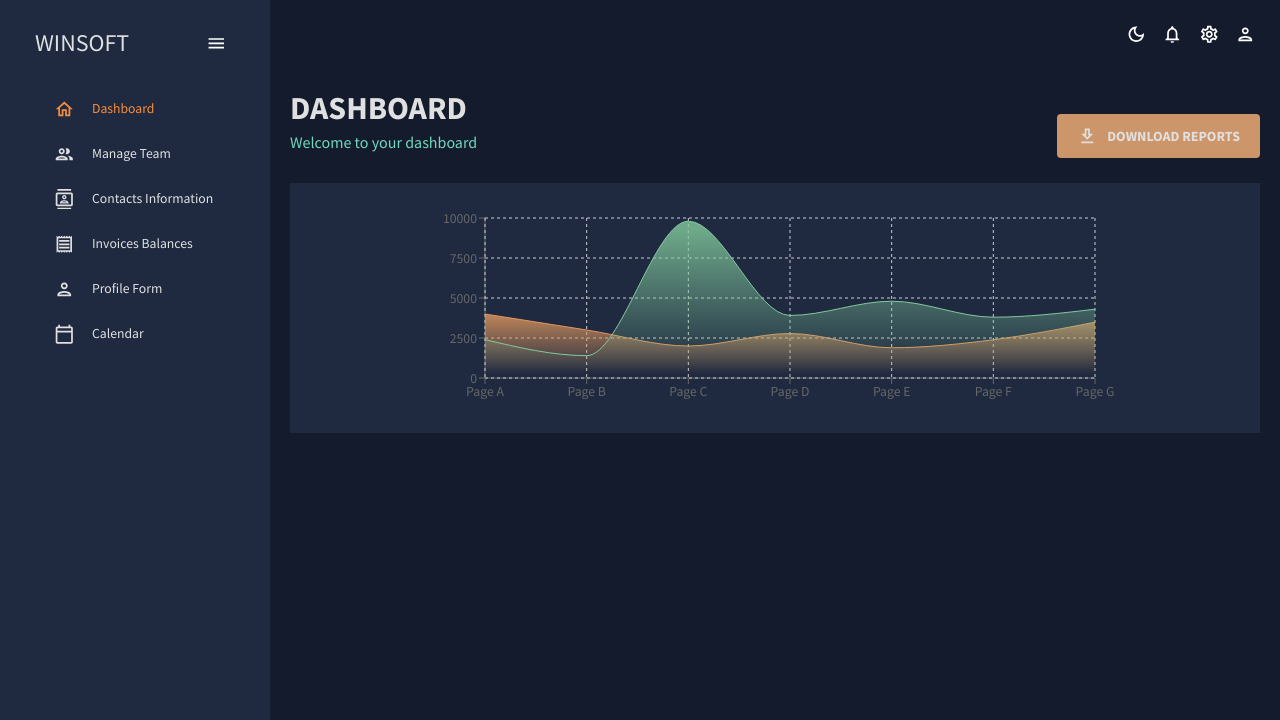
Repository: thamaraiselvan315731/winssoft
Page: /
These files come from the project's save history. The page is drawn as it stood at one moment and after the next save; the edit follows.
The browser window is 1280 px wide. The pictures show the whole page.
The project was rebuilt for these pictures with package versions that can differ from the ones it lists, and the page was loaded fresh each time. Also part of the build but not shown: src/pages/team/index.jsx, src/pages/invoices/index.jsx, src/pages/contacts/index.jsx, src/pages/form/index.jsx, src/components/LineChart.jsx, src/data/mockGeoFeatures.js, src/components/GeographyChart.jsx, src/components/BarChart.jsx and 4 more.

Above is the page before, as saved 2022-12-01 11:06:52.

### src/App.js
import { useState } from "react";
import { Routes, Route } from "react-router-dom";
import Topbar from "./pages/global/Topbar";
import Sidebar from "./pages/global/Sidebar";
import Team from "./pages/team";
import Invoices from "./pages/invoices";
import Contacts from "./pages/contacts";
import Form from "./pages/form";
// import Bar from "./pages/bar";
// import Line from "./pages/line";
// import Pie from "./pages/pie";
// import Geography from "./pages/geography";
import Dashboard from "./pages/dashboard";
import FAQ from "./pages/faq";
import { CssBaseline, ThemeProvider } from "@mui/material";
import { ColorModeContext, useMode } from "./theme";
import Calendar from "./pages/calendar/calendar";

function App() {
  const [theme, colorMode] = useMode();
  const [isSidebar, setIsSidebar] = useState(true);

  return (
    <ColorModeContext.Provider value={colorMode}>
      <ThemeProvider theme={theme}>
        <CssBaseline />
        <div className="app">
          <Sidebar isSidebar={isSidebar} />
          <main className="content">
            <Topbar setIsSidebar={setIsSidebar} />
            <Routes>
              <Route path="/" element={<Dashboard />} />
              <Route path="/team" element={<Team />} />
              <Route path="/contacts" element={<Contacts />} />
              <Route path="/invoices" element={<Invoices />} />
              <Route path="/form" element={<Form />} />
              {/* <Route path="/bar" element={<Bar />} />
              <Route path="/pie" element={<Pie />} />
              <Route path="/line" element={<Line />} /> */}
              <Route path="/faq" element={<FAQ />} />
              <Route path="/calendar" element={<Calendar />} />
              {/* <Route path="/geography" element={<Geography />} /> */}
            </Routes>
          </main>
        </div>
      </ThemeProvider>
    </ColorModeContext.Provider>
  );
}

export default App;

### src/pages/global/Topbar.jsx
import { Box, IconButton, useTheme } from "@mui/material";
import { useContext } from "react";
import { ColorModeContext, tokens } from "../../theme";
import InputBase from "@mui/material/InputBase";
import LightModeOutlinedIcon from "@mui/icons-material/LightModeOutlined";
import DarkModeOutlinedIcon from "@mui/icons-material/DarkModeOutlined";
import NotificationsOutlinedIcon from "@mui/icons-material/NotificationsOutlined";
import SettingsOutlinedIcon from "@mui/icons-material/SettingsOutlined";
import PersonOutlinedIcon from "@mui/icons-material/PersonOutlined";
import SearchIcon from "@mui/icons-material/Search";

const Topbar = () => {
  const theme = useTheme();
  const colors = tokens(theme.palette.mode);
  const colorMode = useContext(ColorModeContext);

  return (
    <Box display="flex" justifyContent="flex-end" p={2}>
      {/* SEARCH BAR */}
      {/* <Box
        display="flex"
        backgroundColor={colors.primary[400]}
        borderRadius="3px"
      >
        <InputBase sx={{ ml: 2, flex: 1 }} placeholder="Search" />
        <IconButton type="button" sx={{ p: 1 }}>
          <SearchIcon />
        </IconButton>
      </Box> */}

      {/* ICONS */}
      <Box display="flex">
        <IconButton onClick={colorMode.toggleColorMode}>
          {theme.palette.mode === "dark" ? (
            <DarkModeOutlinedIcon />
          ) : (
            <LightModeOutlinedIcon />
          )}
        </IconButton>
        <IconButton>
          <NotificationsOutlinedIcon />
        </IconButton>
        <IconButton>
          <SettingsOutlinedIcon />
        </IconButton>
        <IconButton>
          <PersonOutlinedIcon />
        </IconButton>
      </Box>
    </Box>
  );
};

export default Topbar;

### src/pages/global/Sidebar.jsx
import { useState } from "react";
import { ProSidebar, Menu, MenuItem } from "react-pro-sidebar";
import { Box, IconButton, Typography, useTheme } from "@mui/material";
import { Link } from "react-router-dom";
import "react-pro-sidebar/dist/css/styles.css";
import { tokens } from "../../theme";
import HomeOutlinedIcon from "@mui/icons-material/HomeOutlined";
import PeopleOutlinedIcon from "@mui/icons-material/PeopleOutlined";
import ContactsOutlinedIcon from "@mui/icons-material/ContactsOutlined";
import ReceiptOutlinedIcon from "@mui/icons-material/ReceiptOutlined";
import PersonOutlinedIcon from "@mui/icons-material/PersonOutlined";
import CalendarTodayOutlinedIcon from "@mui/icons-material/CalendarTodayOutlined";// eslint-disable-next-line
import HelpOutlineOutlinedIcon from "@mui/icons-material/HelpOutlineOutlined";// eslint-disable-next-line
import BarChartOutlinedIcon from "@mui/icons-material/BarChartOutlined";// eslint-disable-next-line
import PieChartOutlineOutlinedIcon from "@mui/icons-material/PieChartOutlineOutlined";// eslint-disable-next-line
import TimelineOutlinedIcon from "@mui/icons-material/TimelineOutlined";// eslint-disable-next-line
import MenuOutlinedIcon from "@mui/icons-material/MenuOutlined";// eslint-disable-next-line
import MapOutlinedIcon from "@mui/icons-material/MapOutlined";// eslint-disable-next-line

const Item = ({ title, to, icon, selected, setSelected }) => {
  const theme = useTheme();
  const colors = tokens(theme.palette.mode);
  return (
    <MenuItem
      active={selected === title}
      style={{
        color: colors.grey[100],
      }}
      onClick={() => setSelected(title)}
      icon={icon}
    >
      <Typography>{title}</Typography>
      <Link to={to} />
    </MenuItem>
  );
};

const Sidebar = () => {
  const theme = useTheme();
  const colors = tokens(theme.palette.mode);
  const [isCollapsed, setIsCollapsed] = useState(false);
  const [selected, setSelected] = useState("Dashboard");

  return (
    <Box
      sx={{
        "& .pro-sidebar-inner": {
          background: `${colors.primary[400]} !important`,
        },
        "& .pro-icon-wrapper": {
          backgroundColor: "transparent !important",
        },
        "& .pro-inner-item": {
          padding: "5px 35px 5px 20px !important",
        },
        "& .pro-inner-item:hover": {
          color: "#f78d3e !important",
        },
        "& .pro-menu-item.active": {
          color: "#f78d3e !important",
        },
      }}
    >
      <ProSidebar collapsed={isCollapsed}>
        <Menu iconShape="square">
          {/* LOGO AND MENU ICON */}
          <MenuItem
            onClick={() => setIsCollapsed(!isCollapsed)}
            icon={isCollapsed ? <MenuOutlinedIcon /> : undefined}
            style={{
              margin: "10px 0 20px 0",
              color: colors.grey[100],
            }}
          >
            {!isCollapsed && (
              <Box
                display="flex"
                justifyContent="space-between"
                alignItems="center"
                ml="15px"
              >
                <Typography variant="h3" color={colors.grey[100]}>
                  WINSOFT
                </Typography>
                <IconButton onClick={() => setIsCollapsed(!isCollapsed)}>
                  <MenuOutlinedIcon />
                </IconButton>
              </Box>
            )}
          </MenuItem>

          {/* {!isCollapsed && (
            <Box mb="25px">
              <Box display="flex" justifyContent="center" alignItems="center">
                <img
                  alt="profile-user"
                  width="100px"
                  height="100px"
                  src={`../../assets/user.png`}
                  style={{ cursor: "pointer", borderRadius: "50%" }}
                />
              </Box>
              <Box textAlign="center">
                <Typography
                  variant="h2"
                  color={colors.grey[100]}
                  fontWeight="bold"
                  sx={{ m: "10px 0 0 0" }}
                >
                  Ed Roh
                </Typography>
                <Typography variant="h5" color={colors.greenAccent[500]}>
                  VP Fancy Admin
                </Typography>
              </Box>
            </Box>
          )} */}

          <Box paddingLeft={isCollapsed ? undefined : "10%"}>
            <Item
              title="Dashboard"
              to="/"
              icon={<HomeOutlinedIcon />}
              selected={selected}
              setSelected={setSelected}
            />

            {/* <Typography
              variant="h6"
              color={colors.grey[300]}
              sx={{ m: "15px 0 5px 20px" }}
            >
              Data
            </Typography> */}
            <Item
              title="Manage Team"
              to="/team"
              icon={<PeopleOutlinedIcon />}
              selected={selected}
              setSelected={setSelected}
            />
            <Item
              title="Contacts Information"
              to="/contacts"
              icon={<ContactsOutlinedIcon />}
              selected={selected}
              setSelected={setSelected}
            />
            <Item
              title="Invoices Balances"
              to="/invoices"
              icon={<ReceiptOutlinedIcon />}
              selected={selected}
              setSelected={setSelected}
            />

            {/* <Typography
              variant="h6"
              color={colors.grey[300]}
              sx={{ m: "15px 0 5px 20px" }}
            >
              Pages
            </Typography> */}
            <Item
              title="Profile Form"
              to="/form"
              icon={<PersonOutlinedIcon />}
              selected={selected}
              setSelected={setSelected}
            />
            <Item
              title="Calendar"
              to="/calendar"
              icon={<CalendarTodayOutlinedIcon />}
              selected={selected}
              setSelected={setSelected}
            />
            {/* <Item
              title="FAQ Page"
              to="/faq"
              icon={<HelpOutlineOutlinedIcon />}
              selected={selected}
              setSelected={setSelected}
            /> */}

            {/* <Typography
              variant="h6"
              color={colors.grey[300]}
              sx={{ m: "15px 0 5px 20px" }}
            >
              Charts
            </Typography>
            <Item
              title="Bar Chart"
              to="/bar"
              icon={<BarChartOutlinedIcon />}
              selected={selected}
              setSelected={setSelected}
            />
            <Item
              title="Pie Chart"
              to="/pie"
              icon={<PieChartOutlineOutlinedIcon />}
              selected={selected}
              setSelected={setSelected}
            />
            <Item
              title="Line Chart"
              to="/line"
              icon={<TimelineOutlinedIcon />}
              selected={selected}
              setSelected={setSelected}
            />
            <Item
              title="Geography Chart"
              to="/geography"
              icon={<MapOutlinedIcon />}
              selected={selected}
              setSelected={setSelected}
            /> */}
          </Box>
        </Menu>
      </ProSidebar>
    </Box>
  );
};

export default Sidebar;

### src/pages/dashboard/index.jsx
import { Box, Button, IconButton, Typography, useTheme } from "@mui/material";
import { tokens } from "../../theme";
import { mockTransactions } from "../../data/mockData";
import DownloadOutlinedIcon from "@mui/icons-material/DownloadOutlined";
import { AreaCharts } from "../../Charts/AreaChart"
import EmailIcon from "@mui/icons-material/Email";
import PointOfSaleIcon from "@mui/icons-material/PointOfSale";
import PersonAddIcon from "@mui/icons-material/PersonAdd";
import TrafficIcon from "@mui/icons-material/Traffic";
import Header from "../../components/Header";
import LineChart from "../../components/LineChart";
import GeographyChart from "../../components/GeographyChart";
import BarChart from "../../components/BarChart";
import StatBox from "../../components/StatBox";
import ProgressCircle from "../../components/ProgressCircle";

const Dashboard = () => {
  const theme = useTheme();
  const colors = tokens(theme.palette.mode);

  return (

    <Box m="20px">
      {/* HEADER */}
      <Box display="flex" justifyContent="space-between" alignItems="center">
        <Header title="DASHBOARD" subtitle="Welcome to your dashboard" />

        <Box>
          <Button
            sx={{
              backgroundColor: colors.blueAccent[700],
              color: colors.grey[100],
              fontSize: "14px",
              fontWeight: "bold",
              padding: "10px 20px",
            }}
          >
            <DownloadOutlinedIcon sx={{ mr: "10px" }} />
            Download Reports
          </Button>
        </Box>
      </Box>

      {/* GRID & CHARTS */}
      <Box
        display="grid"
        gridTemplateColumns="repeat(3, 1fr)"
        gridAutoRows="250px"
        gap="20px"
      >
        {/* ROW 1 */}
        <Box
          gridColumn="span 8"
          backgroundColor={colors.primary[400]}
          display="flex"
          alignItems="center"
          justifyContent="center"
        >
          <AreaCharts />
          {/* <StatBox
            title="12,361"
            subtitle="Emails Sent"
            progress="0.75"
            increase="+14%"
            icon={
              <EmailIcon
                sx={{ color: colors.greenAccent[600], fontSize: "26px" }}
              />
            }
          /> */}
        </Box>
        {/* <Box
          gridColumn="span 3"
          backgroundColor={colors.primary[400]}
          display="flex"
          alignItems="center"
          justifyContent="center"
        >
          <StatBox
            title="431,225"
            subtitle="Sales Obtained"
            progress="0.50"
            increase="+21%"
            icon={
              <PointOfSaleIcon
                sx={{ color: colors.greenAccent[600], fontSize: "26px" }}
              />
            }
          />
        </Box>
        <Box
          gridColumn="span 3"
          backgroundColor={colors.primary[400]}
          display="flex"
          alignItems="center"
          justifyContent="center"
        >
          <StatBox
            title="32,441"
            subtitle="New Clients"
            progress="0.30"
            increase="+5%"
            icon={
              <PersonAddIcon
                sx={{ color: colors.greenAccent[600], fontSize: "26px" }}
              />
            }
          />
        </Box>
        <Box
          gridColumn="span 3"
          backgroundColor={colors.primary[400]}
          display="flex"
          alignItems="center"
          justifyContent="center"
        >
          <StatBox
            title="1,325,134"
            subtitle="Traffic Received"
            progress="0.80"
            increase="+43%"
            icon={
              <TrafficIcon
                sx={{ color: colors.greenAccent[600], fontSize: "26px" }}
              />
            }
          />
        </Box> */}

        {/* ROW 2 */}
        {/* <Box
          gridColumn="span 8"
          gridRow="span 2"
          backgroundColor={colors.primary[400]}
        >
          <Box
            mt="25px"
            p="0 30px"
            display="flex "
            justifyContent="space-between"
            alignItems="center"
          >
            <Box>
              <Typography
                variant="h5"
                fontWeight="600"
                color={colors.grey[100]}
              >
                Revenue Generated
              </Typography>
              <Typography
                variant="h3"
                fontWeight="bold"
                color={colors.greenAccent[500]}
              >
                $59,342.32
              </Typography>
            </Box>
            <Box>
              <IconButton>
                <DownloadOutlinedIcon
                  sx={{ fontSize: "26px", color: colors.greenAccent[500] }}
                />
              </IconButton>
            </Box>
          </Box>
          <Box height="250px" m="-20px 0 0 0">
            <LineChart isDashboard={true} />
          </Box>
        </Box>
        <Box
          gridColumn="span 4"
          gridRow="span 2"
          backgroundColor={colors.primary[400]}
          overflow="auto"
        >
          <Box
            display="flex"
            justifyContent="space-between"
            alignItems="center"
            borderBottom={`4px solid ${colors.primary[500]}`}
            colors={colors.grey[100]}
            p="15px"
          >
            <Typography color={colors.grey[100]} variant="h5" fontWeight="600">
              Recent Transactions
            </Typography>
          </Box>
          {mockTransactions.map((transaction, i) => (
            <Box
              key={`${transaction.txId}-${i}`}
              display="flex"
              justifyContent="space-between"
              alignItems="center"
              borderBottom={`4px solid ${colors.primary[500]}`}
              p="15px"
            >
              <Box>
                <Typography
                  color={colors.greenAccent[500]}
                  variant="h5"
                  fontWeight="600"
                >
                  {transaction.txId}
                </Typography>
                <Typography color={colors.grey[100]}>
                  {transaction.user}
                </Typography>
              </Box>
              <Box color={colors.grey[100]}>{transaction.date}</Box>
              <Box
                backgroundColor={colors.greenAccent[500]}
                p="5px 10px"
                borderRadius="4px"
              >
                ${transaction.cost}
              </Box>
            </Box>
          ))}
        </Box> */}

        {/* ROW 3 */}
        {/* <Box
          gridColumn="span 4"
          gridRow="span 2"
          backgroundColor={colors.primary[400]}
          p="30px"
        >
          <Typography variant="h5" fontWeight="600">
            Campaign
          </Typography>
          <Box
            display="flex"
            flexDirection="column"
            alignItems="center"
            mt="25px"
          >
            <ProgressCircle size="125" />
            <Typography
              variant="h5"
              color={colors.greenAccent[500]}
              sx={{ mt: "15px" }}
            >
              $48,352 revenue generated
            </Typography>
            <Typography>Includes extra misc expenditures and costs</Typography>
          </Box>
        </Box>
        <Box
          gridColumn="span 4"
          gridRow="span 2"
          backgroundColor={colors.primary[400]}
        >
          <Typography
            variant="h5"
            fontWeight="600"
            sx={{ padding: "30px 30px 0 30px" }}
          >
            Sales Quantity
          </Typography>
          <Box height="250px" mt="-20px">
            <BarChart isDashboard={true} />
          </Box>
        </Box>
        <Box
          gridColumn="span 4"
          gridRow="span 2"
          backgroundColor={colors.primary[400]}
          padding="30px"
        >
          <Typography
            variant="h5"
            fontWeight="600"
            sx={{ marginBottom: "15px" }}
          >
            Geography Based Traffic
          </Typography>
          <Box height="200px">
            <GeographyChart isDashboard={true} />
          </Box>
        </Box> */}
      </Box>
    </Box>
  );
};

export default Dashboard;

### src/Charts/AreaChart.js
import { LineChart, Line, AreaChart, ResponsiveContainer, YAxis, Area, Tooltip, CartesianGrid, linearGradient, XAxis } from 'recharts';


const data = [
    {
        "name": "Page A",
        "uv": 4000,
        "pv": 2400,
        "amt": 2400
    },
    {
        "name": "Page B",
        "uv": 3000,
        "pv": 1398,
        "amt": 2210
    },
    {
        "name": "Page C",
        "uv": 2000,
        "pv": 9800,
        "amt": 2290
    },
    {
        "name": "Page D",
        "uv": 2780,
        "pv": 3908,
        "amt": 2000
    },
    {
        "name": "Page E",
        "uv": 1890,
        "pv": 4800,
        "amt": 2181
    },
    {
        "name": "Page F",
        "uv": 2390,
        "pv": 3800,
        "amt": 2500
    },
    {
        "name": "Page G",
        "uv": 3490,
        "pv": 4300,
        "amt": 2100
    }
]


export const AreaCharts = () => {
    // const theme = useTheme();
    // const colors = tokens(theme.palette.mode);

    return (
        <ResponsiveContainer width={700} height="80%">
            < AreaChart width={730} height={250} data={data}
                margin={{ top: 10, right: 30, left: 0, bottom: 0 }}>
                <defs>
                    <linearGradient id="colorUv" x1="0" y1="0" x2="0" y2="1">
                        <stop offset="5%" stopColor="#de965d" stopOpacity={0.8} />
                        <stop offset="95%" stopColor="#de965d" stopOpacity={0} />
                    </linearGradient>
                    <linearGradient id="colorPv" x1="0" y1="0" x2="0" y2="1">
                        <stop offset="5%" stopColor="#82ca9d" stopOpacity={0.8} />
                        <stop offset="95%" stopColor="#82ca9d" stopOpacity={0} />
                    </linearGradient>
                </defs>
                <XAxis dataKey="name" />
                <YAxis />
                <CartesianGrid strokeDasharray="3 3" />
                <Tooltip />
                <Area type="monotone" dataKey="uv" stroke="#de965d" fillOpacity={1} fill="url(#colorUv)" />
                <Area type="monotone" dataKey="pv" stroke="#82ca9d" fillOpacity={1} fill="url(#colorPv)" />
            </AreaChart ></ResponsiveContainer>
    );
};

Loaded but not shown: public/index.html (common file); src/index.js (common file); src/index.css (common file); src/components/Header.jsx (common file); src/data/mockData.js (1283 lines, source omitted); src/theme.js (214 lines, source omitted)

After the next save:
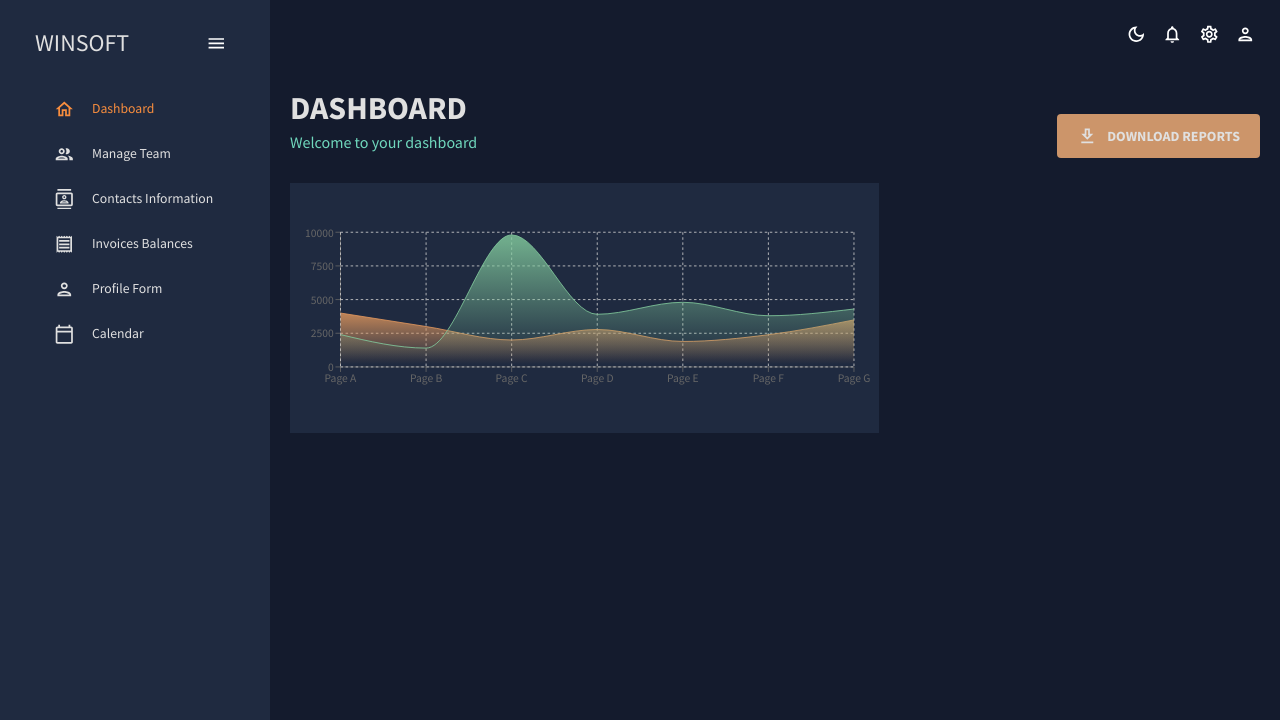
Saved 18 s later.
--- a/src/pages/dashboard/index.jsx
+++ b/src/pages/dashboard/index.jsx
@@ -44,7 +44,7 @@ const Dashboard = () => {
       {/* GRID & CHARTS */}
       <Box
         display="grid"
-        gridTemplateColumns="repeat(3, 1fr)"
+        gridTemplateColumns="repeat(13, 1fr)"
         gridAutoRows="250px"
         gap="20px"
       >
